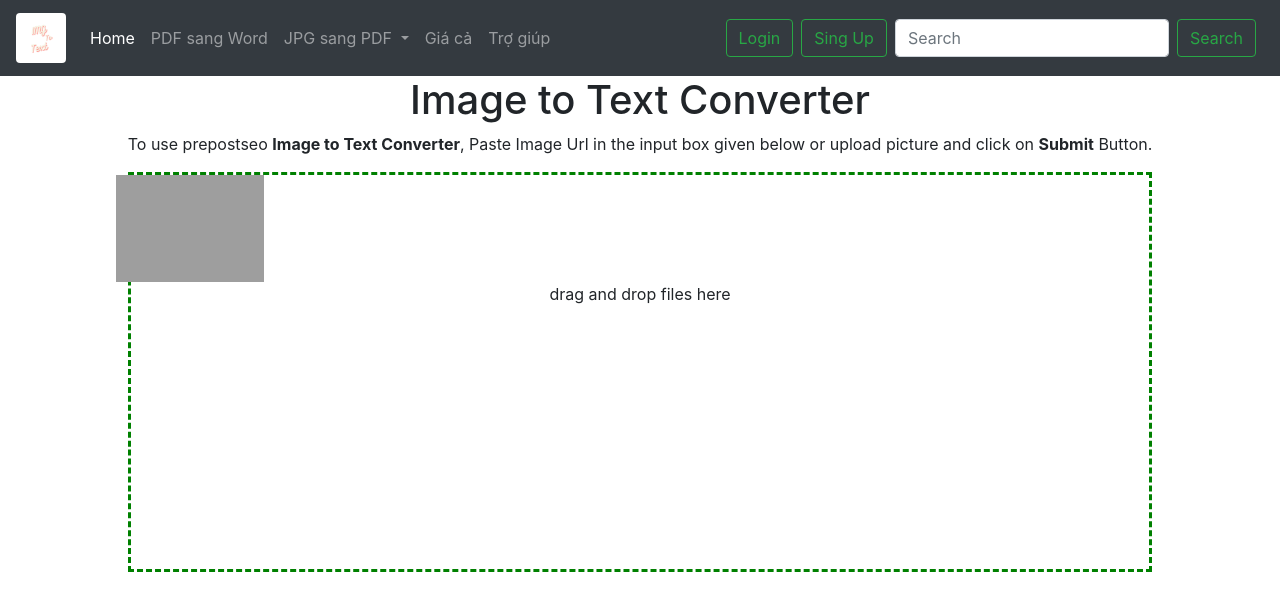
Repository: Tung1227/PBL6-2022
Page: index.html
The author's editor kept a copy of each file at every save. The page is drawn from the files as they stood at one save, then again after the next save.
The browser window is 1280 px wide. The pictures show the whole page.
Pictures or frames that could not be fetched are drawn as grey boxes.

Above is the page before, as saved 2022-09-16 21:01:32.

### index.html
<!doctype html>
<html lang="en">

<head>
    <title>Title</title>
    <!-- Required meta tags -->
    <meta charset="utf-8">
    <meta name="viewport" content="width=device-width, initial-scale=1, shrink-to-fit=no">

    <!-- Bootstrap CSS -->
    <link rel="stylesheet" href="https://stackpath.bootstrapcdn.com/bootstrap/4.3.1/css/bootstrap.min.css"
        integrity="sha384-ggOyR0iXCbMQv3Xipma34MD+dH/1fQ784/j6cY/iJTQUOhcWr7x9JvoRxT2MZw1T" crossorigin="anonymous">
    <link rel="stylesheet" href="public/css/index.css">
</head>

<body>
    <nav class="navbar navbar-expand-lg navbar-dark bg-dark">
        <a class="navbar-brand" href="#">
            <img class="rounded" src="public/img/logo.png" width="50" height="50" alt="">
        </a>
        <button class="navbar-toggler" type="button" data-toggle="collapse" data-target="#navbarSupportedContent"
            aria-controls="navbarSupportedContent" aria-expanded="false" aria-label="Toggle navigation">
            <span class="navbar-toggler-icon"></span>
        </button>

        <div class="collapse navbar-collapse" id="navbarSupportedContent">
            <ul class="navbar-nav mr-auto">
                <li class="nav-item active">
                    <a class="nav-link" href="#">Home <span class="sr-only">(current)</span></a>
                </li>
                <li class="nav-item">
                    <a class="nav-link" href="#">PDF sang Word</a>
                </li>
                <li class="nav-item dropdown">
                    <a class="nav-link dropdown-toggle" href="#" id="navbarDropdown" role="button"
                        data-toggle="dropdown" aria-haspopup="true" aria-expanded="false">
                        JPG sang PDF
                    </a>
                    <div class="dropdown-menu" aria-labelledby="navbarDropdown">
                        <a class="dropdown-item" href="#">Action</a>
                        <a class="dropdown-item" href="#">Another action</a>
                        <div class="dropdown-divider"></div>
                        <a class="dropdown-item" href="#">Something else here</a>
                    </div>
                </li>
                <li class="nav-item">
                    <a class="nav-link" href="#">Giá cả</a>
                </li>
                <li class="nav-item">
                    <a class="nav-link" href="#">Trợ giúp</a>
                </li>
            </ul>
            <form class="form-inline my-2 my-lg-0 ">
                <button class="btn btn-outline-success my-2 my-sm-0 mr-sm-2" type="submit">Login</button>
                <button class="btn btn-outline-success my-2 my-sm-0 mr-sm-2" type="submit">Sing Up</button>
                <input class="form-control mr-sm-2" type="search" placeholder="Search" aria-label="Search">
                <button class="btn btn-outline-success my-2 my-sm-0 mr-sm-2" type="submit">Search</button>
            </form>
        </div>
    </nav>
    <div class="container d-flex justify-content-center mt-100">
        <div class="row">
            <div class="col-xs-1-12 text-center">
                <h1 class="">Image to Text Converter</h1>
                <p class="text16">To use prepostseo <strong>Image to Text Converter</strong>, Paste Image Url in the
                    input
                    box given below or upload picture and click on <strong>Submit</strong> Button.</p>
                <div class="file-drop-area">
                    <div class="row">
                        <span class="svg_block">
                            <img src="https://www.prepostseo.com/imgs/upload-icon.png" width="148" height="107"
                                alt="uploader">
                        </span>
                    </div>
                    <!-- <span class="choose-file-button">Choose files</span> -->
                    <span class="file-message">drag and drop files here</span>
                    <input class="file-input" type="file" multiple>
                </div>
            </div>
        </div>
    </div>
    <!-- Optional JavaScript -->
    <!-- jQuery first, then Popper.js, then Bootstrap JS -->
    <script src="https://code.jquery.com/jquery-3.3.1.slim.min.js"
        integrity="sha384-q8i/X+965DzO0rT7abK41JStQIAqVgRVzpbzo5smXKp4YfRvH+8abtTE1Pi6jizo"
        crossorigin="anonymous"></script>
    <script src="https://cdnjs.cloudflare.com/ajax/libs/popper.js/1.14.7/umd/popper.min.js"
        integrity="sha384-UO2eT0CpHqdSJQ6hJty5KVphtPhzWj9WO1clHTMGa3JDZwrnQq4sF86dIHNDz0W1"
        crossorigin="anonymous"></script>
    <script src="https://stackpath.bootstrapcdn.com/bootstrap/4.3.1/js/bootstrap.min.js"
        integrity="sha384-JjSmVgyd0p3pXB1rRibZUAYoIIy6OrQ6VrjIEaFf/nJGzIxFDsf4x0xIM+B07jRM"
        crossorigin="anonymous"></script>
</body>

</html>

### public/css/index.css
* {
    padding: 0px;
    margin: 0px;
}

.file-drop-area {
    border: dashed green;
    height: 400px;
}

.file-input {
    height: 100%;
    width: 100%;
    cursor: pointer;
    opacity: 0;
}

.choose-file-button {
    flex-shrink: 0;
    background-color: rgba(255, 255, 255, 0.04);
    border: 1px solid rgba(255, 255, 255, 0.1);
    border-radius: 3px;
    padding: 8px 15px;
    margin-right: 10px;
    font-size: 12px;
    text-transform: uppercase;
}
.file-message{

}

After the next save:
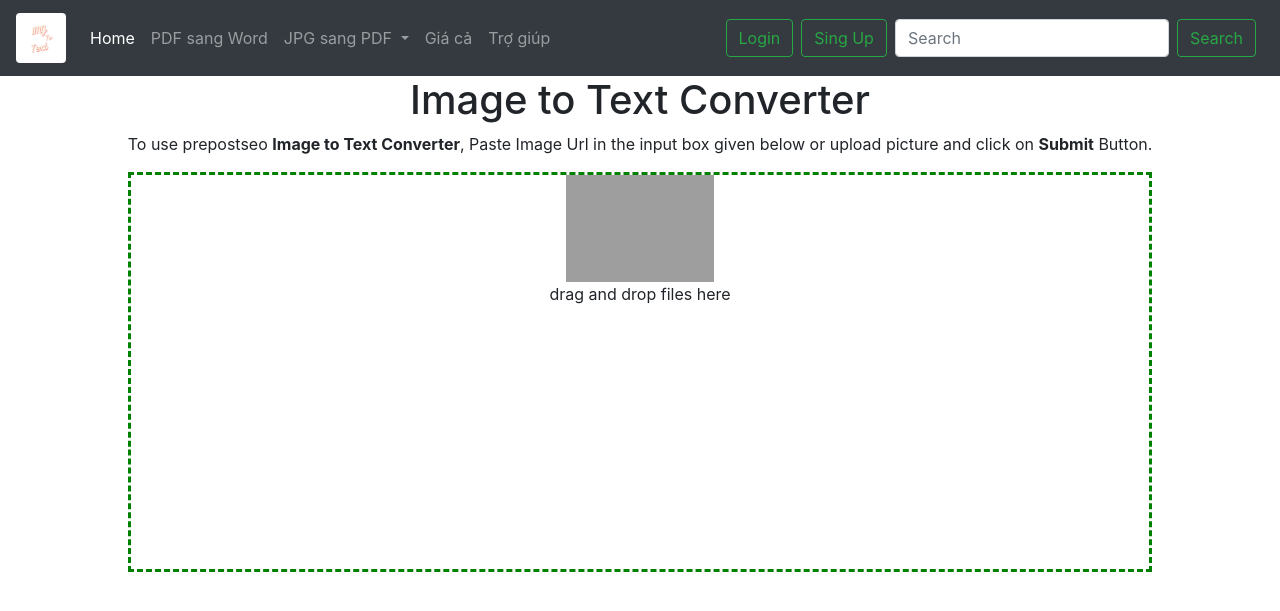
Saved 7 s later.
--- a/index.html
+++ b/index.html
@@ -66,7 +66,7 @@
                     input
                     box given below or upload picture and click on <strong>Submit</strong> Button.</p>
                 <div class="file-drop-area">
-                    <div class="row">
+                    <div class="">
                         <span class="svg_block">
                             <img src="https://www.prepostseo.com/imgs/upload-icon.png" width="148" height="107"
                                 alt="uploader">
